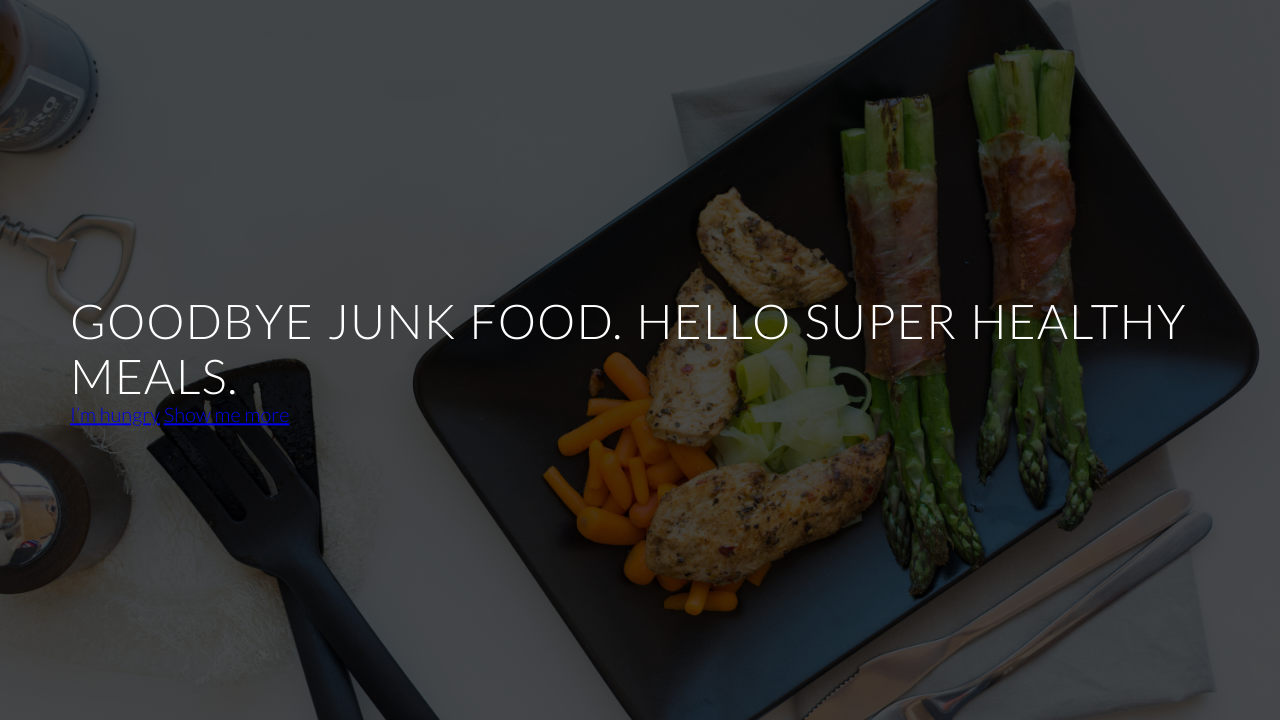
Repository: MalgorzataMazur/Omnifood
Page: index.html
The author's editor kept a copy of each file at every save. The page is drawn from the files as they stood at one save, then again after the next save.
The browser window is 1280 px wide. The pictures show the whole page.

Above is the page before, as saved 2019-10-23 20:41:21.

### index.html
<!DOCTYPE html>
<html lang="en">
    <head>
        <link rel="stylesheet" href="vendors/css/normalize.css">
        <link rel="stylesheet" href="vendors/css/grid.css">
        <link rel="stylesheet" href="resources/css/style.css">
        <link href="https://fonts.googleapis.com/css?family=Lato:100,300,300i,400&display=swap" rel="stylesheet">
        <meta charset="UTF-8">
        <meta name="viewport" content="width=device-width, initial-scale=1.0">
        <meta http-equiv="X-UA-Compatible" content="ie=edge">
        <title>Omnifood</title>
    </head>
    <body>
        <header> <!-- like container to put some conetent nav, footer, main element for the main cinetent etc-->
            <div class="hero-text-box">
                <h1>Goodbye junk food. Hello super healthy meals.</h1>
                <a href="#">I’m hungry</a>
                <a href="#">Show me more</a>



            </div>
        </header>


    </body>
</html>

### resources/css/style.css
* {
    margin: 0%;
    padding: 0%;
    box-sizing: border-box;
}

html {
    background-color: #fff;
    color: #555;
    font-family: 'Lato';'Arial', sans-serif;
    font-weight: 300;
    font-size: 20px;
    text-rendering: optimizeLegibility;
}

.row {
    max-width: 1140px;
    margin: 0 auto;
}

header {
    background-image: linear-gradient(rgba(0, 0, 0, 0.705), rgba(0, 0, 0, 0.705)), url(img/hero.jpg);
    background-size: cover;
    background-position: center;
    height: 100vh;
}

.hero-text-box {
    position: absolute;
    width: 1140px;
    top: 50%;
    left: 50%;
    transform: translate(-50%,-50%);
}

h1 {
    margin: 0;
    color: #fff;
    font-size: 240%;
    font-weight: 300;
    text-transform: uppercase;
    letter-spacing: 1px;
    word-spacing: 3px;
}

Loaded but not shown: vendors/css/normalize.css (library); vendors/css/grid.css (library)

After the next save:
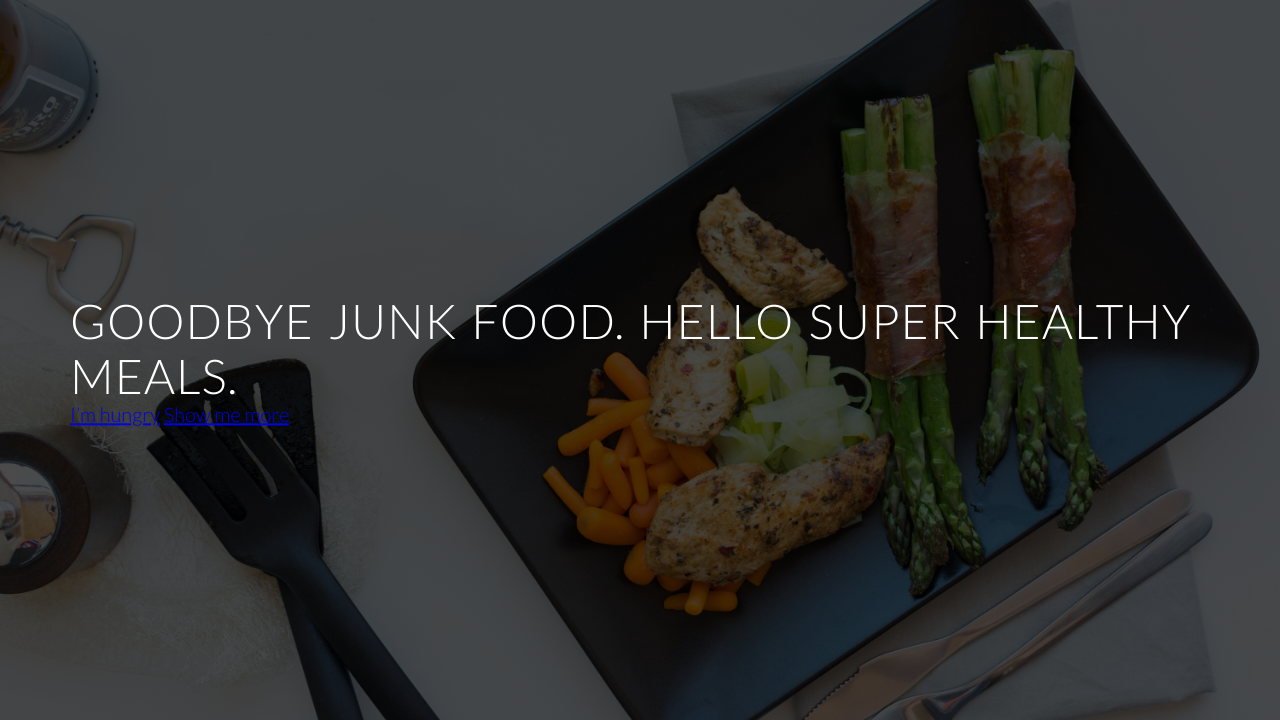
Saved 21 s later.
--- a/resources/css/style.css
+++ b/resources/css/style.css
@@ -40,5 +40,5 @@ h1 {
     font-weight: 300;
     text-transform: uppercase;
     letter-spacing: 1px;
-    word-spacing: 3px;
+    word-spacing: 4px;
 }
